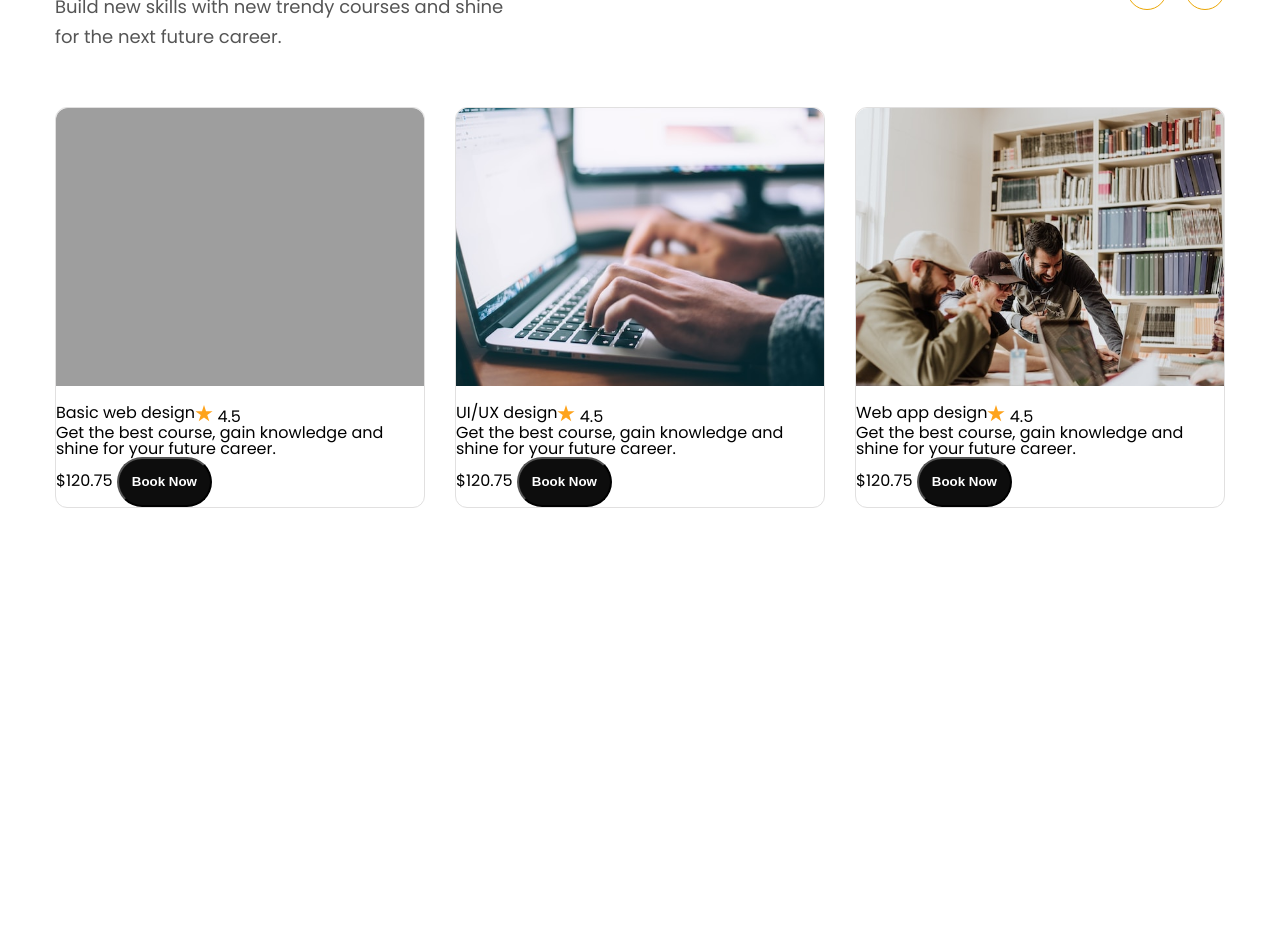
Repository: nguyendonghieu1011-png/figma-to-html1
Page: index.html
These files come from the project's save history. The page is drawn as it stood at one moment and after the next save; the edit follows.
The browser window is 1280 px wide. The pictures show the part of the page from y = 1171 to 2123 px (the page is 10000 px tall).
Pictures or frames that could not be fetched are drawn as grey boxes. A picture or video elsewhere on the page could not be fetched, so the positions and the page height are approximate. Some web fonts or font styles are not loaded; a fallback is used. Some web libraries are served in a nearby version.

Above is the page before, as saved 2026-01-02 17:32:18.

After the next save:
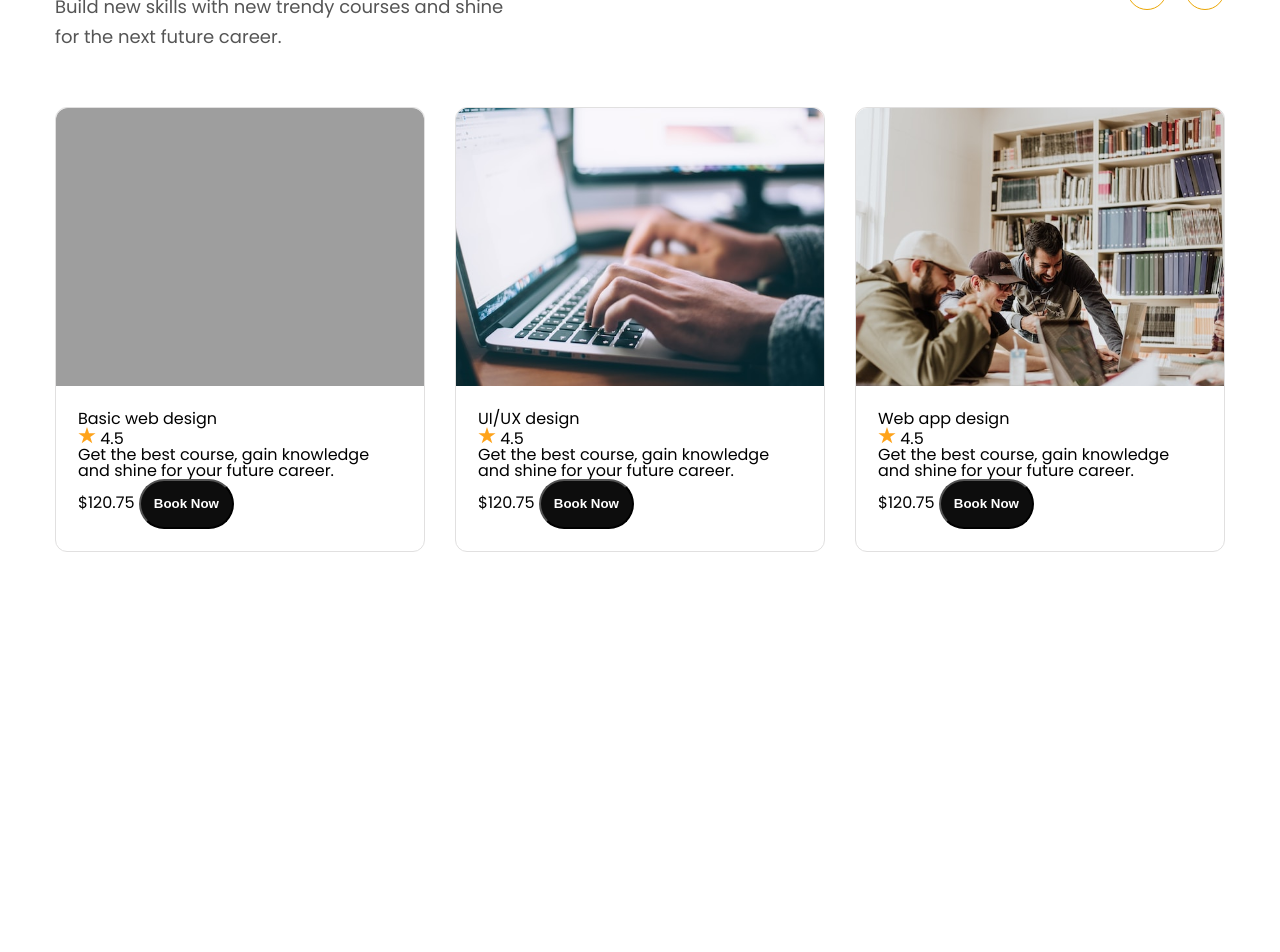
Saved 44 s later.
--- a/assets/css/style.css
+++ b/assets/css/style.css
@@ -345,7 +345,6 @@ a {
   object-fit: cover;
 }
 
-.popular .course-item .head {
-  display: flex;
-  margin-top: 16px;
-}
+.popular .course-item .info {
+  margin: 22px;
+}
